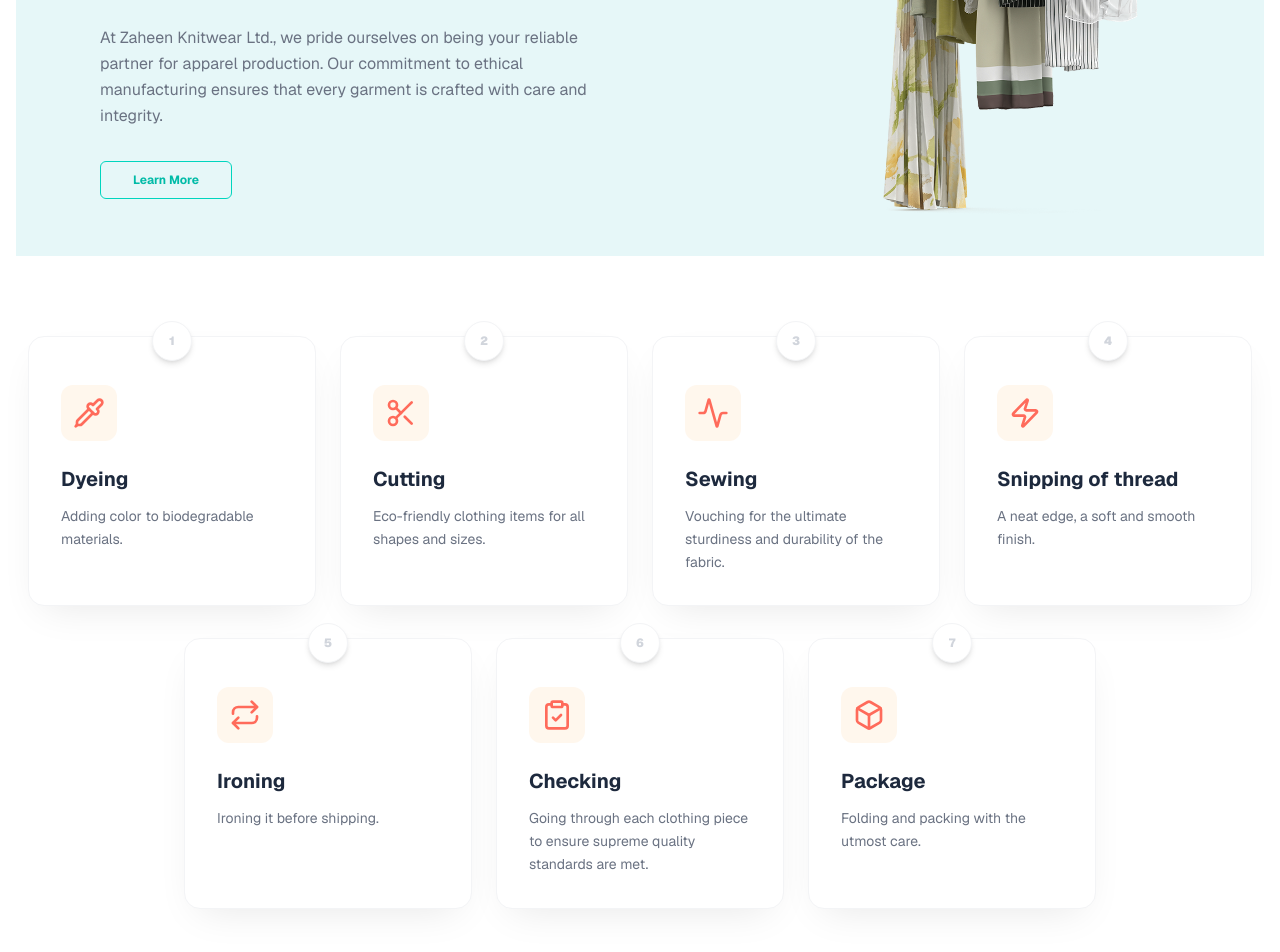
Repository: mdmuhibullahhabib/fullstack-assessment
Page: /
The author's editor kept a copy of each file at every save. The page is drawn from the files as they stood at one save, then again after the next save.
The browser window is 1280 px wide. The pictures show the part of the page from y = 1014 to 1966 px (the page is 3025 px tall before and 2953 px after).
The project was rebuilt for these pictures with package versions that can differ from the ones it lists, and the page was loaded fresh each time. The framework's server and built-in components were replaced by stand-ins that run in the browser. Also part of the build but not shown: next.config.mjs.

Above is the page before, as saved 2025-12-27 10:08:55.

After the next save:
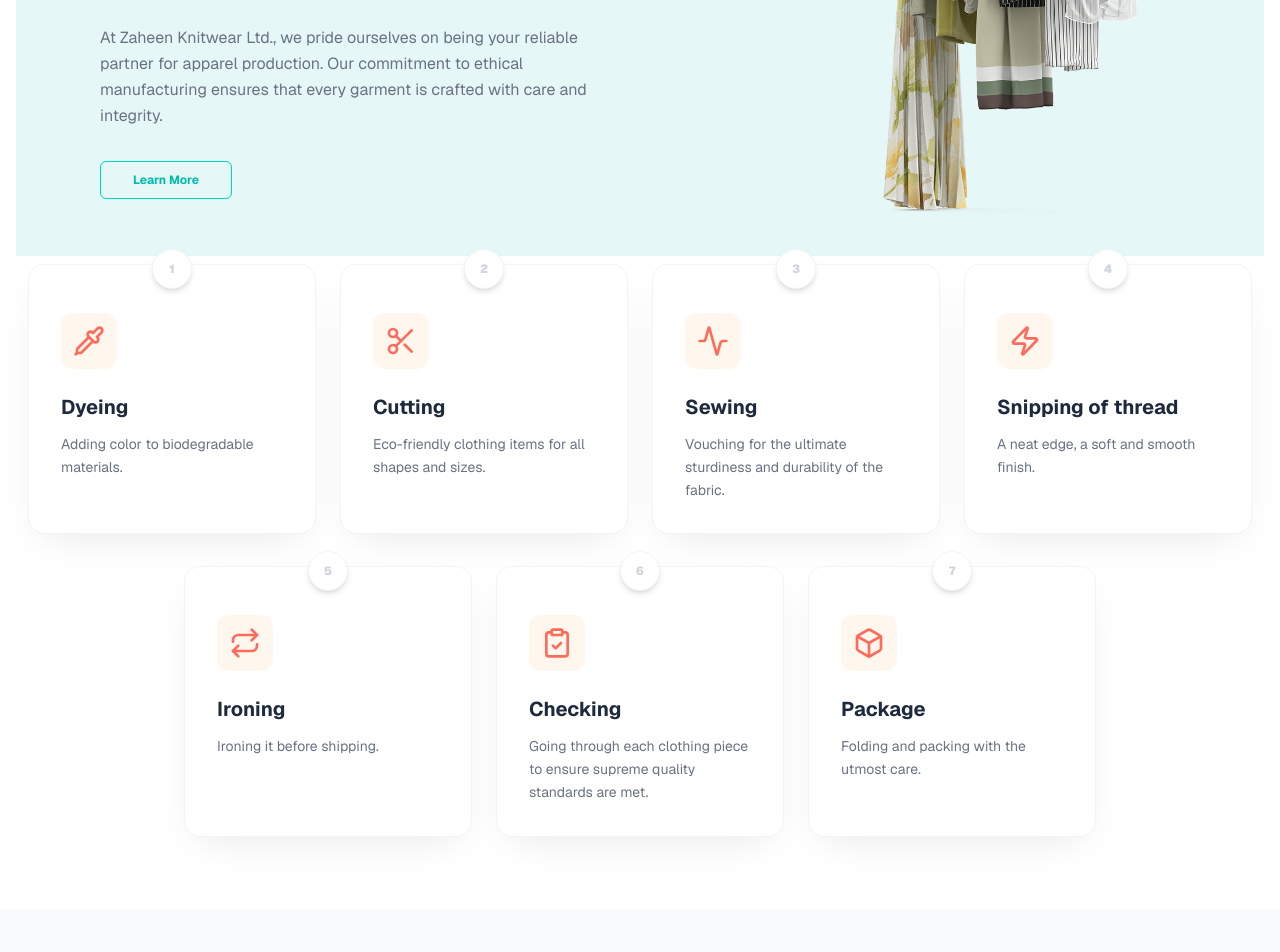
Saved 20 s later.
--- a/src/components/home/CustomProcess.jsx
+++ b/src/components/home/CustomProcess.jsx
@@ -20,7 +20,7 @@
             <div className="max-w-7xl mx-auto">
 
                 {/* ===== TOP SECTION ===== */}
-                <div className="relative bg-[#E6F7F8] overflow-hidden flex flex-col md:flex-row items-stretch mb-20 min-h-[450px]">
+                <div className="relative bg-[#E6F7F8] overflow-hidden flex flex-col md:flex-row items-stretch mb-2 min-h-[450px]">
 
                     {/* Left Content Box (White with bgImage and Torn Edge) */}
                     <div

After the save that followed:
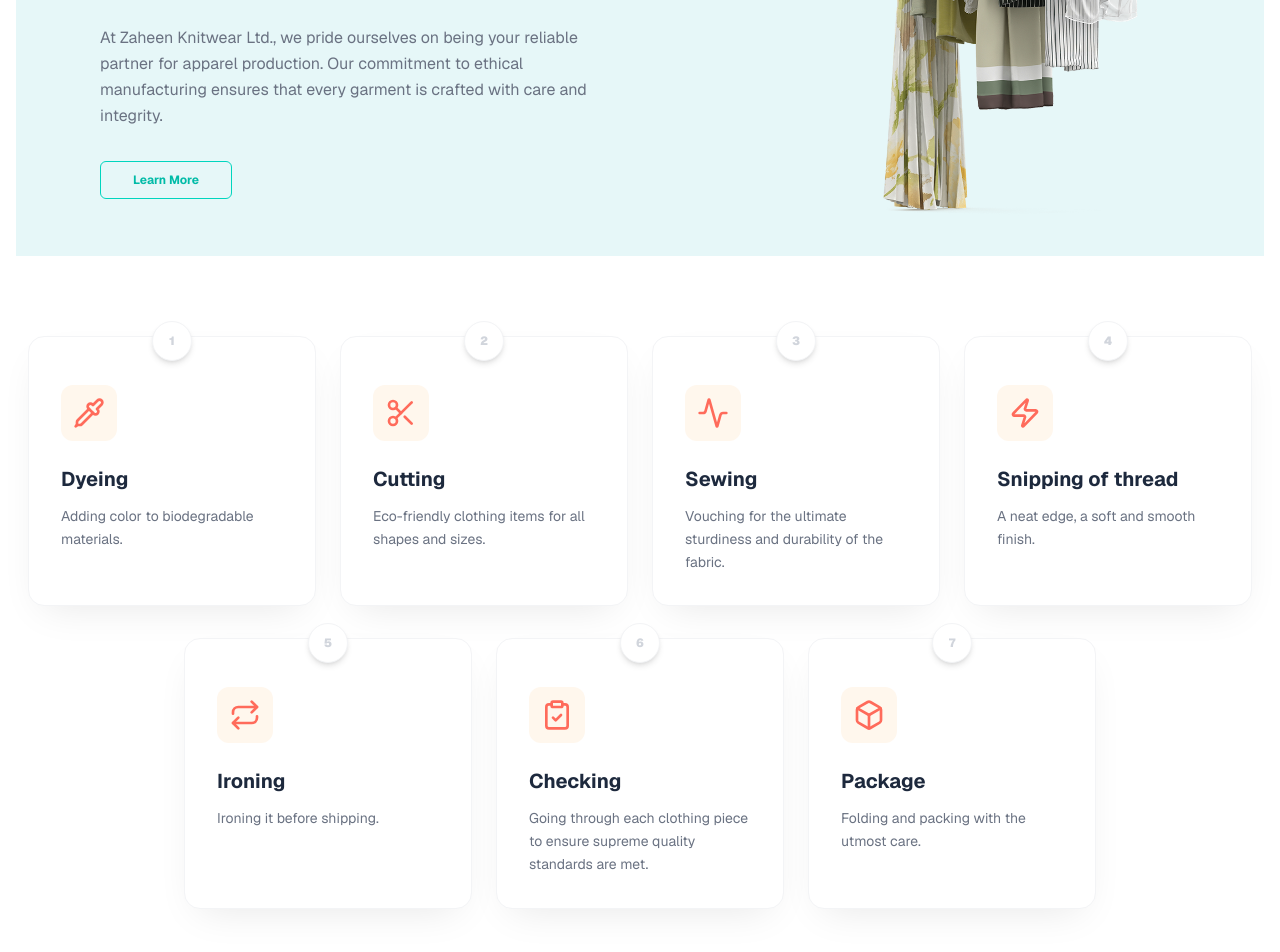
Saved 7 s later.
--- a/src/components/home/CustomProcess.jsx
+++ b/src/components/home/CustomProcess.jsx
@@ -20,7 +20,7 @@
             <div className="max-w-7xl mx-auto">
 
                 {/* ===== TOP SECTION ===== */}
-                <div className="relative bg-[#E6F7F8] overflow-hidden flex flex-col md:flex-row items-stretch mb-2 min-h-[450px]">
+                <div className="relative bg-[#E6F7F8] overflow-hidden flex flex-col md:flex-row items-stretch mb-20 min-h-[450px]">
 
                     {/* Left Content Box (White with bgImage and Torn Edge) */}
                     <div
